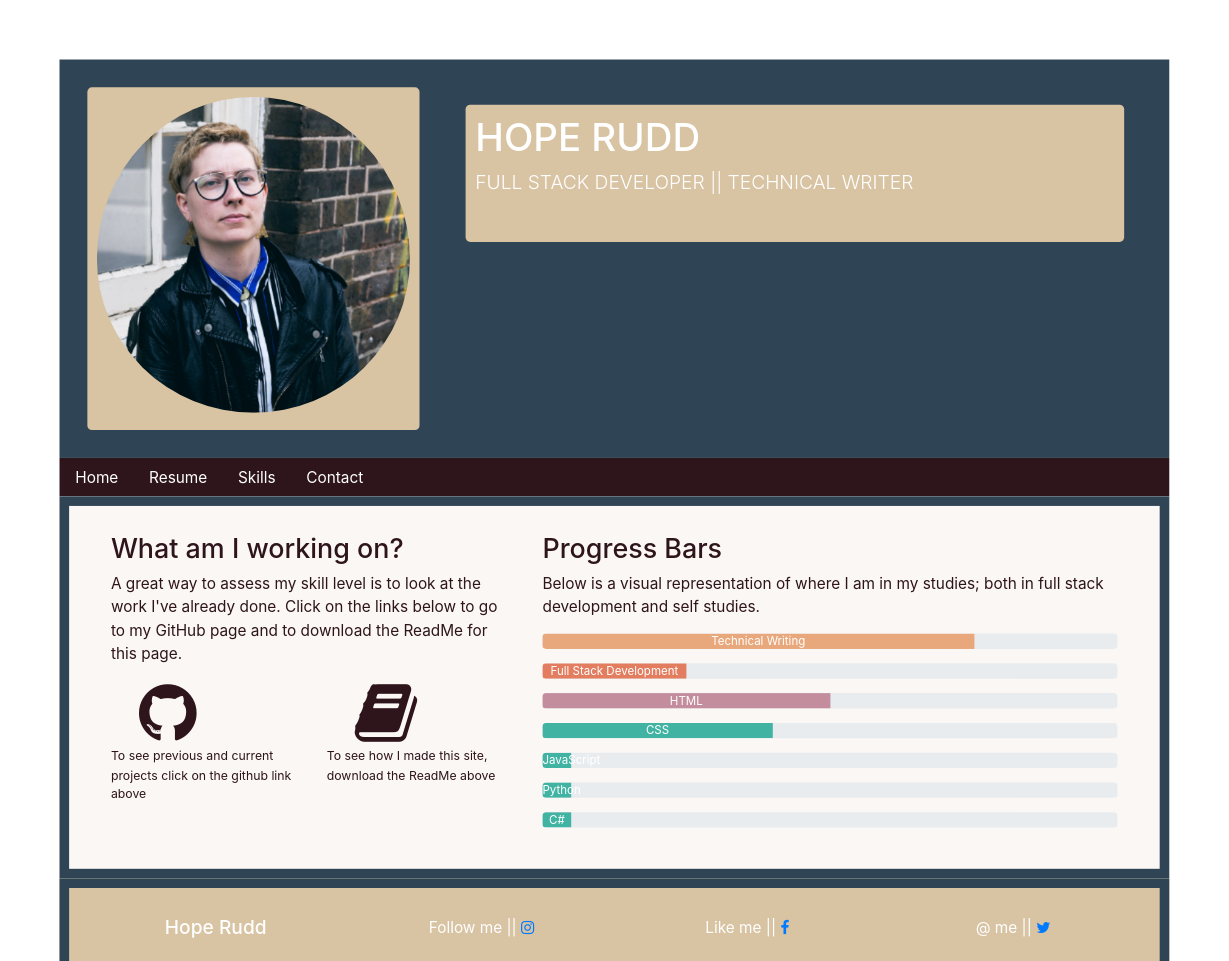
Repository: BleakTerrain/MilestoneProject-
Page: skills.html
The author's editor kept a record of every edit. The page is drawn from the files as they stood at one moment, then again after the next edit.
The browser window is 1280 px wide. The pictures show the whole page, at 96% of full size.
Some web libraries are served in a nearby version.

Above is the page before.

### skills.html
<html>

<head>
    <!-- Copied from UCB Resume code institue project -->

    <meta charset="UTF-8">
    <meta name="viewport" content="width=device-width, initial-scale=1.0">
    <meta http-equiv="X-UA-Compatible" content="ie=edge">
    <link rel="stylesheet" href="https://maxcdn.bootstrapcdn.com/bootstrap/4.2.1/css/bootstrap.min.css" type="text/css" />
    <link rel="stylesheet" href="https://maxcdn.bootstrapcdn.com/font-awesome/4.7.0/css/font-awesome.min.css" type="text/css" />
    <link rel="stylesheet" href="https://cdnjs.cloudflare.com/ajax/libs/hover.css/2.3.1/css/hover-min.css" type="text/css" />
    <link rel="stylesheet" href="assets/CSS/stylesheet.css" type="text/css" />
    <!-- Copied initial links end -->

    <title> Personal Portfolio</title>
</head>
<header>



</header>

<body>
    <div class="intro-container">

        <!-------------------------Intro cards Started----------------------->
        <div class="row">
            <div class="col-sm-4">
                <div class="jumbotron text-uppercase introtron">
                    <img class="intro-image " src="BackgroundCodeInstitute.jpg" alt="Image not found">
                </div>
            </div>

            <div class="col-sm-8">
                <div class="jumbotron text-uppercase name-card">
                    <h1>Hope Rudd</h1>
                    <p class="lead">Full Stack Developer || Technical Writer </p>
                </div>
            </div>

        </div>

    </div>
    <!-------------------------------Intro cards finished-------------------------------->
    <!-------------------------------Nav bar started-------------------------------->
    <!-- inspired by example at https://www.w3schools.com/bootstrap4/bootstrap_navs.asp -->
    <ul class=" nav navbar-default">
        <li class="nav-item">
            <a class="nav-link" href="index.html">Home</a>
        </li>
        <li class="nav-item">
            <a class="nav-link" href="resume.html">Resume</a>
        </li>
        <li class="nav-item">
            <a class="nav-link" href="skills.html">Skills</a>
        </li>
        <li class="nav-item">
            <a class="nav-link" href="contact.html">Contact</a>
        </li>
    </ul>
    <!-------------------------------Nav bar finished-------------------------------->
    <!-------------------------------Bulk text started------------------------------->
    <section class="main-text container-fluid">
        <div class="row skills-text-box">
            <div class="col-sm-5">
                <h3> What am I working on?</h3>
                <p>A great way to assess my skill level is to look at the work I've already done. Click on the links below to go to my GitHub page and to download the ReadMe for this page. </p>
                <div class="row">
                    <div class="col-sm-6">
                        <a href="https://github.com/BleakTerrain" target="blank"> <i class= "fa fa-github skills-link"></i></a>
                        <p><small>To see previous and current projects click on the github link above</small> </p>
                    </div>
                    <div class="col-sm-6">
                        <a href="README.md" target="blank"> <i class= "fa fa-book skills-link"></i></a>
                        <p><small>To see how I made this site, download the ReadMe above</small></p>
                    </div>
                </div>
            </div>
            <div class="col-sm-7">
                <h3> Progress Bars </h3>
                <p> Below is a visual representation of where I am in my studies; both in full stack development and self studies. </p>
                <div class="progress skillsbar-main">
                    <div class="progress-bar tech-writing " role="progressbar" aria-valuenow="40" aria-valuemin="0" aria-valuemax="100" style="width:75%">
                        Technical Writing
                    </div>
                </div>
                <div class="progress skillsbar-main">
                    <div class="progress-bar full-stack " role="progressbar" aria-valuenow="40" aria-valuemin="0" aria-valuemax="100" style="width:25%">
                        Full Stack Development
                    </div>
                </div>
                <div class="progress skillsbar-main">
                    <div class="progress-bar html" role="progressbar" aria-valuenow="40" aria-valuemin="0" aria-valuemax="100" style="width:50%">
                        HTML
                    </div>
                </div>
                <div class="progress skillsbar-main">
                    <div class="progress-bar css" role="progressbar" aria-valuenow="40" aria-valuemin="0" aria-valuemax="100" style="width: 40%">
                        CSS
                    </div>
                </div>
                <div class="progress skillsbar-main">
                    <div class="progress-bar css" role="progressbar" aria-valuenow="40" aria-valuemin="0" aria-valuemax="100" style="width: 5%">
                        JavaScript
                    </div>
                </div>
                <div class="progress skillsbar-main">
                    <div class="progress-bar css" role="progressbar" aria-valuenow="40" aria-valuemin="0" aria-valuemax="100" style="width: 5%">
                        Python
                    </div>
                </div>
                <div class="progress skillsbar-main">
                    <div class="progress-bar css" role="progressbar" aria-valuenow="40" aria-valuemin="0" aria-valuemax="100" style="width: 5%">
                        C#
                    </div>
                </div>
            </div>
        </div>

    </section>
</body>
<!-------------------------------Bulk text finished------------------------------->
<!-------------------------------Footer Begins------------------------------------>


<footer class="footer container-fluid">
    <div class="row">
        <div class="col-sm-3 footer-item">
            <h5> Hope Rudd </h5>
        </div>
        <div class="col-sm-3 footer-item">
            <p>Follow me || <a href="#"> <i class="fa fa-instagram aria-hidden=true"></i></a></p>
            <span class="sr-only">Instagram link</span>
        </div>
        <div class="col-sm-3 footer-item">
            <p> Like me || <a href="#"> <i class="fa fa-facebook aria-hidden=true"></i></a></p>
            <span class="sr-only">Facebook Link</span>
        </div>
        <div class="col-sm-3 footer-item">
            <p>@ me || <a href="#"> <i class="fa fa-twitter aria-hidden=true"></i></a></p>
            <span class="sr-only">Twitter Link</span>
        </div>
</footer>

</html>

### assets/CSS/stylesheet.css

/* Main background taken from bootstraps basics project*/
/* General theme inspiration from : https://visme.co/blog/website-color-schemes/ */

body, html {
  height: 100%;
  margin: 2.5%;
}
/* -----------------------------------Intro bar---------------*/

.intro-container
{
padding:2.5%;
background-color: #2f4454;
}
.jumbotron
{
  margin:2.5%;
 padding: 10px;
 text-align: center;
  background-color: #D8C3A3;
  color:#fff;

}
.jumbotron-header
{
  font-size:500%;

}

.introtron
{
  margin:0;
min-height: 40%;
}

.intro-image {
  padding-bottom: 2.5%;
    width: 100%;
    background-position: center;
    background-repeat: no-repeat;
    transition: all .5s ease-in-out;
    -moz-transition: all .5s ease-in-out;
    -webkit-transition: all .5s ease-in-out;
  border-radius: 50%;
  display:inline-block;
}


.contact-card
{

  text-align: left;
  height:40%;
}
.name-card
{
  text-align:left;
  font-size: x-large;
  height:40%;
}
/*-----------------------------SkillsBar-------------------*/
.skill-bars
{
 width: 100%;
 border: solid 10px #41B3A3 ;
 padding: 2.5%;
}
.progress-index
{
  margin-bottom:5%;
}
.full-stack
{
  background-color: #E27D60;
}
.tech-writing
{
  background-color: #e8a87c;
}
.html
{
  background-color: #C38D9E;
}
.css
{
  background-color: #41B3A3;
}
/*----------------------------------Nav-----------------------*/
/* There are nav-item classes per nav items because I had different plans - these got changed but I'm keeping them just incase */
.nav
{

  text-align: center;
  background-color: #2E151B;

}
.nav-link
{
  color:#fff;
}
.nav-link:hover
{
  background-color:#eed2dc ;
  color:#2E151B;
}
.nav-item-resume
{
  background-color: #D8C3A3;
}
.nav-item-skills
{
  background-color: #D8C3A3;
}
.nav-item-contact
{
  background-color: #D8C3A3;
}
/*-----------------------------Main-Text-------------------*/
.main-text
{
  background-color: #2f4454;
}

.main-text-box
{
  border: solid 10px #2f4454;
  background-color: #2f4454;
  color: #fff;
}
.other-image-background
{
border: solid 10px #2f4454;
 margin:0;
}
.other-image {

width: 100%;
  display:block;

}

.resume-main-text,
.skills-text-box,
.contact-main-text
{
  color:#2E151B;
  background-color:#fbf7f5 ;
  border: solid 10px #2f4454;
  padding:2.5% ;
}

.resume-image
{
  max-height: 50%;
   margin-top: 2.5%;
    padding-bottom: 2.5%;
    width: 100%;
    background-repeat: no-repeat;
  display:inline-block;
}

.skillsbar-main
{
margin-bottom: 2.5%;
}

.skills-link
{
font-size: 70px;
color: #2E151B;
margin-left: 15%;
}

.skills-link:hover
{
color:#eed2dc ;
}

.middle-form
{
  padding:2.5%;
  max-width:70%;
  margin: 0 auto;
}

.btn-secondary
{

}
/*-----------------------------Timeline-------------------*/
/*-- Influenced by http://www.prepbootstrap.com/bootstrap-template/timeline ---*/
.timeline {
  list-style: none;
  padding: 10px 0 10px;
  position: relative;

}
.timeline:before {
  top: 0;
  bottom: 0;
  position: absolute;
  content: " ";
  width: 3px;
  background-color: #2f4454 ;
  left: 10px;
  margin-left:-2px;
}
.timeline-item {
  margin-bottom: 10px;
  position: relative;
}

.timeline-item:before
.timeline-item:after {
  content: " ";
  display: table;
}

 .timeline-panel {
   background-color: #2f4454;
   color:#fff;
  width: 90%;
  float: center;
  border: 1px solid #d4d4d4;
  border-radius: 10px;
  padding: 10px;
  position: relative;
  margin-left: 35px;
}
.timeline-panel:before {
  position: absolute;
  display: block;
}
.timeline-panel:after {
  position: absolute;
  display: block;
}
 .timeline-badge {
  color:#2f4454 ;
  font-size: 30px;
  line-height: 25px;
  text-align: center;
  position: absolute;
  top: 16px;
  left: -7px;

}

/*------------------------------Footer---------------------*/
.footer
{ background-color: #D8C3A3;
color:#fff;
padding: 2.5%;
border: solid 10px #2f4454 ;
}
.footer-item
{
  text-align: center;
}
/*------------------------------MediaQueries-----------------*/

@media (max-width: 573px)
{
  .name-card,
  .contact-card
{
height: 100%;
background-color:#fbf7f5 ;
}

.other-image
{
  height:100%;

}
}

After the next edit:
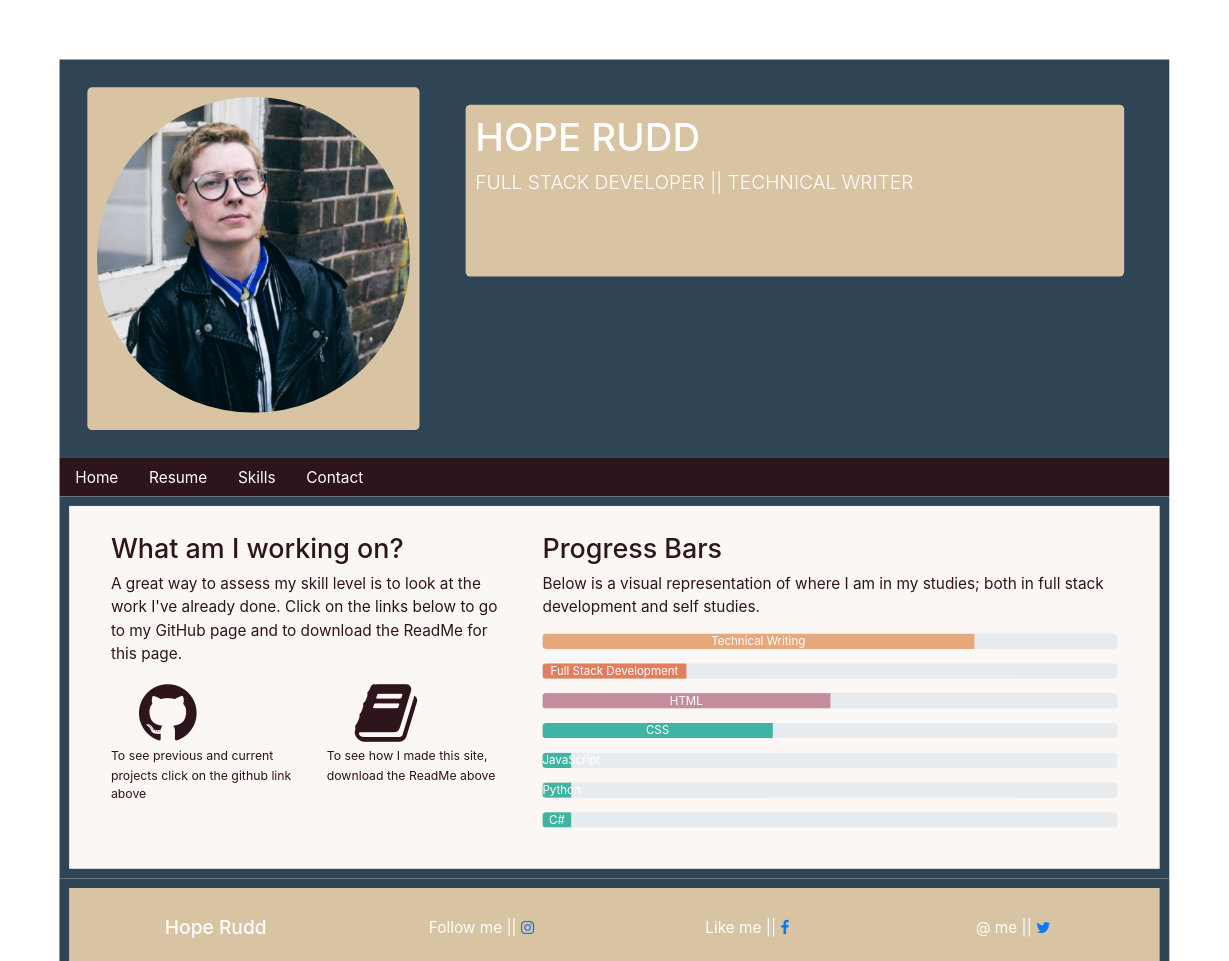
The edit:
--- a/assets/CSS/stylesheet.css
+++ b/assets/CSS/stylesheet.css
@@ -57,7 +57,7 @@
 {
   text-align:left;
   font-size: x-large;
-  height:40%;
+  height:50%;
 }
 /*-----------------------------SkillsBar-------------------*/
 .skill-bars
